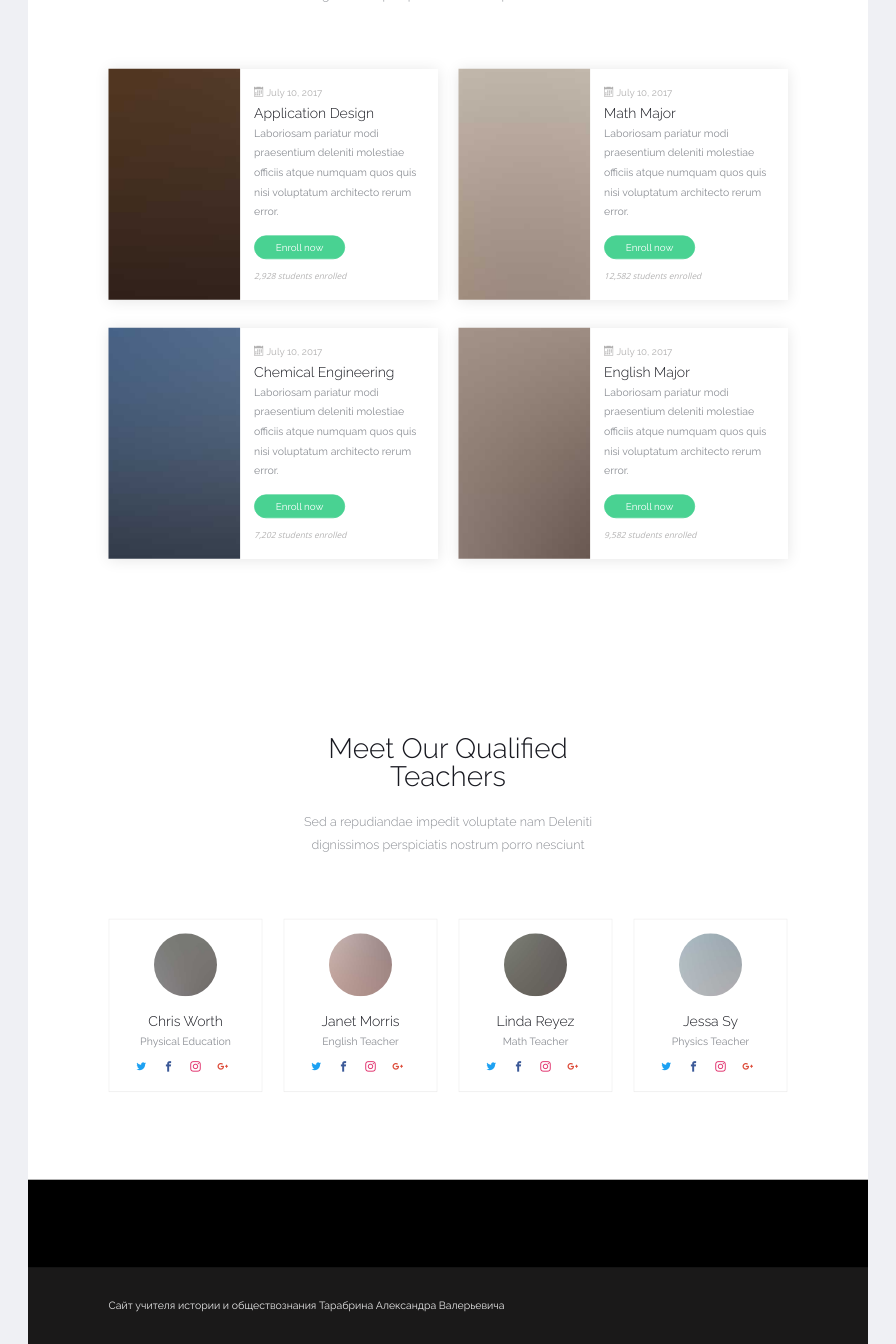
Repository: tarabrin-aleksander/tarabrin-aleksander
Page: index.html
An editor plug-in stored every save of this project. The page is shown before and after the next save, followed by the edit.
The browser window is 1280 px wide. The pictures show the part of the page from y = 3466 to 5386 px (the page is 5386 px tall before and 4644 px after), at 70% of full size.

Above is the page before, as saved 2020-01-24 14:24:13.

After the next save:
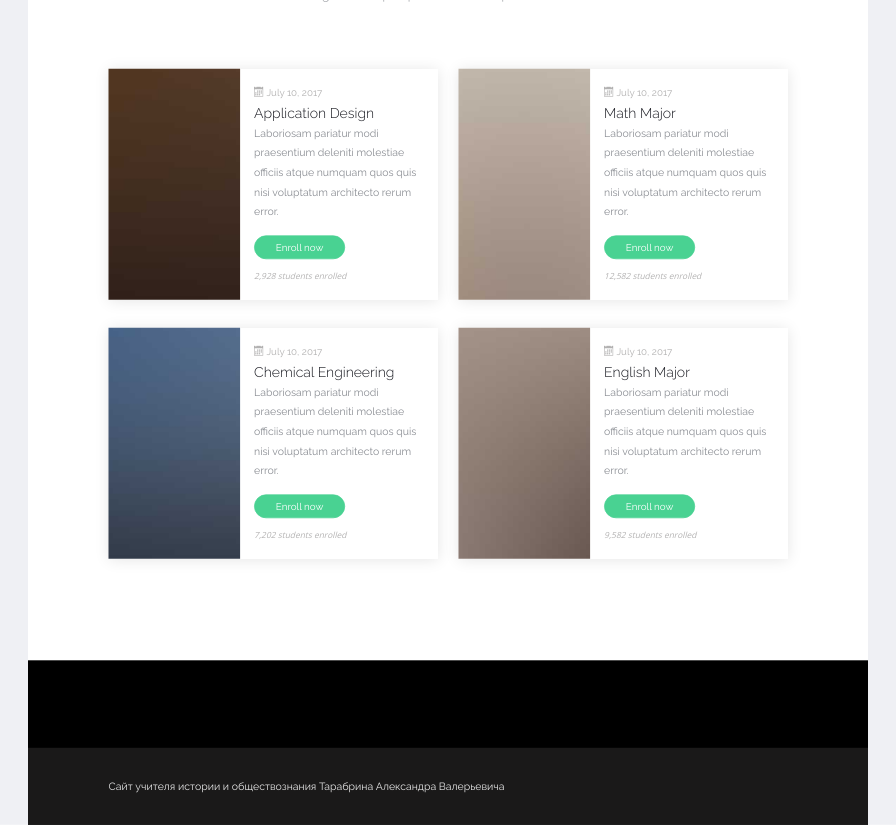
Saved 3 min 34 s later.
--- a/index.html
+++ b/index.html
@@ -355,93 +355,6 @@
         </div>
       </section>
 
-
-
-      <section class="probootstrap-section">
-        <div class="container">
-          <div class="row">
-            <div class="col-md-6 col-md-offset-3 text-center section-heading probootstrap-animate">
-              <h2>Meet Our Qualified Teachers</h2>
-              <p class="lead">Sed a repudiandae impedit voluptate nam Deleniti dignissimos perspiciatis nostrum porro nesciunt</p>
-            </div>
-          </div>
-          <!-- END row -->
-
-          <div class="row">
-            <div class="col-md-3 col-sm-6">
-              <div class="probootstrap-teacher text-center probootstrap-animate">
-                <figure class="media">
-                  <img src="img/person_1.jpg" alt="Free Bootstrap Template by uicookies.com" class="img-responsive">
-                </figure>
-                <div class="text">
-                  <h3>Chris Worth</h3>
-                  <p>Physical Education</p>
-                  <ul class="probootstrap-footer-social">
-                    <li class="twitter"><a href="#"><i class="icon-twitter"></i></a></li>
-                    <li class="facebook"><a href="#"><i class="icon-facebook2"></i></a></li>
-                    <li class="instagram"><a href="#"><i class="icon-instagram2"></i></a></li>
-                    <li class="google-plus"><a href="#"><i class="icon-google-plus"></i></a></li>
-                  </ul>
-                </div>
-              </div>
-            </div>
-            <div class="col-md-3 col-sm-6">
-              <div class="probootstrap-teacher text-center probootstrap-animate">
-                <figure class="media">
-                  <img src="img/person_5.jpg" alt="Free Bootstrap Template by uicookies.com" class="img-responsive">
-                </figure>
-                <div class="text">
-                  <h3>Janet Morris</h3>
-                  <p>English Teacher</p>
-                  <ul class="probootstrap-footer-social">
-                    <li class="twitter"><a href="#"><i class="icon-twitter"></i></a></li>
-                    <li class="facebook"><a href="#"><i class="icon-facebook2"></i></a></li>
-                    <li class="instagram"><a href="#"><i class="icon-instagram2"></i></a></li>
-                    <li class="google-plus"><a href="#"><i class="icon-google-plus"></i></a></li>
-                  </ul>
-                </div>
-              </div>
-            </div>
-            <div class="clearfix visible-sm-block visible-xs-block"></div>
-            <div class="col-md-3 col-sm-6">
-              <div class="probootstrap-teacher text-center probootstrap-animate">
-                <figure class="media">
-                  <img src="img/person_6.jpg" alt="Free Bootstrap Template by uicookies.com" class="img-responsive">
-                </figure>
-                <div class="text">
-                  <h3>Linda Reyez</h3>
-                  <p>Math Teacher</p>
-                  <ul class="probootstrap-footer-social">
-                    <li class="twitter"><a href="#"><i class="icon-twitter"></i></a></li>
-                    <li class="facebook"><a href="#"><i class="icon-facebook2"></i></a></li>
-                    <li class="instagram"><a href="#"><i class="icon-instagram2"></i></a></li>
-                    <li class="google-plus"><a href="#"><i class="icon-google-plus"></i></a></li>
-                  </ul>
-                </div>
-              </div>
-            </div>
-            <div class="col-md-3 col-sm-6">
-              <div class="probootstrap-teacher text-center probootstrap-animate">
-                <figure class="media">
-                  <img src="img/person_7.jpg" alt="Free Bootstrap Template by uicookies.com" class="img-responsive">
-                </figure>
-                <div class="text">
-                  <h3>Jessa Sy</h3>
-                  <p>Physics Teacher</p>
-                  <ul class="probootstrap-footer-social">
-                    <li class="twitter"><a href="#"><i class="icon-twitter"></i></a></li>
-                    <li class="facebook"><a href="#"><i class="icon-facebook2"></i></a></li>
-                    <li class="instagram"><a href="#"><i class="icon-instagram2"></i></a></li>
-                    <li class="google-plus"><a href="#"><i class="icon-google-plus"></i></a></li>
-                  </ul>
-                </div>
-              </div>
-            </div>
-          </div>
-
-        </div>
-      </section>
-
       <footer class="probootstrap-footer probootstrap-bg">
         <div class="probootstrap-copyright">
           <div class="container">
